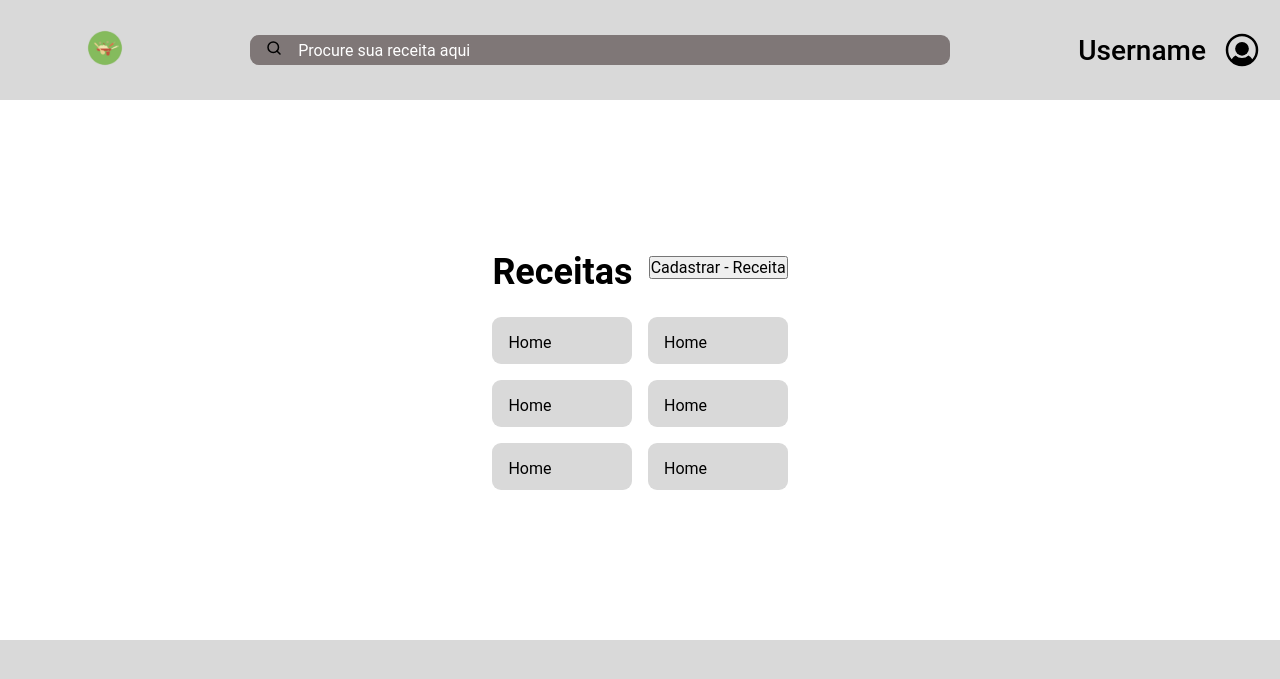
Repository: GabrielEduardoBrambilla/receitas-online
Page: /
The author's editor kept a copy of each file at every save. The page is drawn from the files as they stood at one save, then again after the next save.
The browser window is 1280 px wide. The pictures show the whole page.
The project was rebuilt for these pictures with package versions that can differ from the ones it lists, and the page was loaded fresh each time. Also part of the build but not shown: vite.config.js.

Above is the page before, as saved 2024-04-15 21:15:43.

### src/pages/Home/index.jsx
import React from 'react'
import { Container, TitleWrapper, CardWrapper } from './styles'
import { Navbar } from '../../components/Navbar'
import { RecipeCard } from '../../components/RecipeCard'
import { RecipeRegisterModal } from '../../components/RecipeRegisterModal'

export function Home() {
  return <Container>
    <Navbar />
    <main>
      <TitleWrapper>
        <h2>Receitas</h2>
        <RecipeRegisterModal buttonText="Cadastrar - Receita"/>
      </TitleWrapper>

      <CardWrapper>
        <RecipeCard />
        <RecipeCard />
        <RecipeCard />
        <RecipeCard />
        <RecipeCard />
        <RecipeCard />
      </CardWrapper>
    </main>

    <footer></footer>
  </Container>
}

### src/styles/global.js
import { createGlobalStyle } from 'styled-components'

export const GlobalStyle = createGlobalStyle`
  * {
    margin: 0;
    padding: 0;
    box-sizing: border-box;
  }

  :focus {
    outline: none;
  }

  body {
    -webkit-font-smoothing: antialiased;
  }

  body, input, textarea, button {
    font-family: 'Roboto', sans-serif;
    font-weight: 400;
    font-size: 1rem;
  }
`

### src/pages/Home/styles.js
import styled from 'styled-components'

export const Container = styled.div`
  display: flex;
  justify-content: space-between;
  flex-direction: column;
  min-height: 100vh;

  > main {
    display: flex;
    flex-direction: column;
    gap: 24px;
    justify-content: center;
    align-items: c;
    /* min-height: 80vh; */
    max-width: 1000px;
    margin: auto;
  }

  > footer {
    height: 80px;
    width: 100%;
    background-color: #d9d9d9;
  }
`
export const TitleWrapper = styled.div`
  display: flex;
  gap: 16px;

  font-size: 24px;
  font-weight: bold;

  > button {
    font-size: 16px;
    line-height: 0%;
    font-weight: bold;
    color: white;
    background-color: #85bb5d;
    border-radius: 9px;
    border: none;
    padding: 5px 34px;
  }
`
export const CardWrapper = styled.div`
  display: grid;
  grid-template-columns: 1fr 1fr;
  gap: 16px;
`

### src/components/Navbar/index.jsx
import {
  Container, LogoContainer,
  SearchForm,
  UserWrapper
} from './styles'
import Logo from '../../assets/Logo.svg'
import { UserCircle, MagnifyingGlass, Heart } from 'phosphor-react'

export function Navbar() {
  return (
    <Container>

      <LogoContainer>
        <img src={Logo} alt="" />
      </LogoContainer>


      <SearchForm>
        <label htmlFor="search">
          <MagnifyingGlass size={16} weight="bold" />
        </label>
        <input type="text" id='search' placeholder='Procure sua receita aqui' />
      </SearchForm>


      <UserWrapper>
        <p>Username</p>
        <UserCircle size={40} weight="fill" />

      </UserWrapper>


    </Container>
  )
}

### src/components/RecipeCard/index.js
import React from 'react'
import { Container } from './styles'

export function RecipeCard() {
  return <Container>Home</Container>
}

### src/components/RecipeRegisterModal/index.jsx
import React from 'react'
import { Container } from './styles'
import Modal from 'react-modal'
import { DefaultModal } from '../DefaultModal'

export function RecipeRegisterModal({buttonText}) {
  return <DefaultModal buttonText={buttonText}>

  </DefaultModal>
}

### src/components/Navbar/styles.js
import styled from 'styled-components'

export const Container = styled.div`
  display: flex;
  flex: 1;
  justify-content: space-between;
  align-items: center;

  background-color: #d9d9d9;
  max-height: 100px;

  padding: 0px 10px 0px 80px;
`
export const LogoContainer = styled.div`
  > img {
    width: 50px;
    height: 50px;
    object-fit: cover;
  }
`
export const SearchForm = styled.form`
  display: flex;
  gap: 16px;
  align-items: center;
  width: 700px;
  height: 30px;
  background-color: #7f7777;
  border-radius: 9px;
  padding: 6px 16px;

  > input {
    background-color: #7f7777;
    border: none;
    color: white;

    &::placeholder {
      color: white;
    }
  }
`
export const UserWrapper = styled.div`
  display: flex;
  gap: 16px;
  align-items: center;
  padding: 8px;
  border-radius: 6px;

  > p {
    font-size: 28px;
    font-weight: 500;
  }
`

### src/components/RecipeCard/styles.js
import styled from 'styled-components'
export const Container = styled.div`
  background-color: #d9d9d9;
  padding: 16px 12px 12px 16px;
  border-radius: 9px;
  width: 100%;
  max-width: 555px;

  > h3 {
    font-size: 22px;
    margin-bottom: 6px;
  }
  > p {
    font-size: 16px;
    font-weight: normal;
  }
`

### src/components/RecipeRegisterModal/styles.js
import styled from 'styled-components'
export const Container = styled.div``

### src/components/DefaultModal/index.jsx
import React from 'react'
import { Container } from './styles'
import Modal from 'react-modal'

export function DefaultModal({buttonText}) {
  const [modalIsOpen, setIsOpen] = React.useState(false);

  function openModal() {
    setIsOpen(true);
  }

  function closeModal() {
    setIsOpen(false);
  }

  return <Container>
      <button onClick={openModal}>{buttonText}</button>
      <Modal
        isOpen={modalIsOpen}
        onRequestClose={closeModal}
      >
        <button onClick={closeModal}>close</button>
      </Modal>
  </Container>
}

### src/components/DefaultModal/styles.js
import styled from 'styled-components'
export const Container = styled.div``

Loaded but not shown: index.html (common file); src/main.jsx (common file); src/App.jsx (common file)

After the next save:
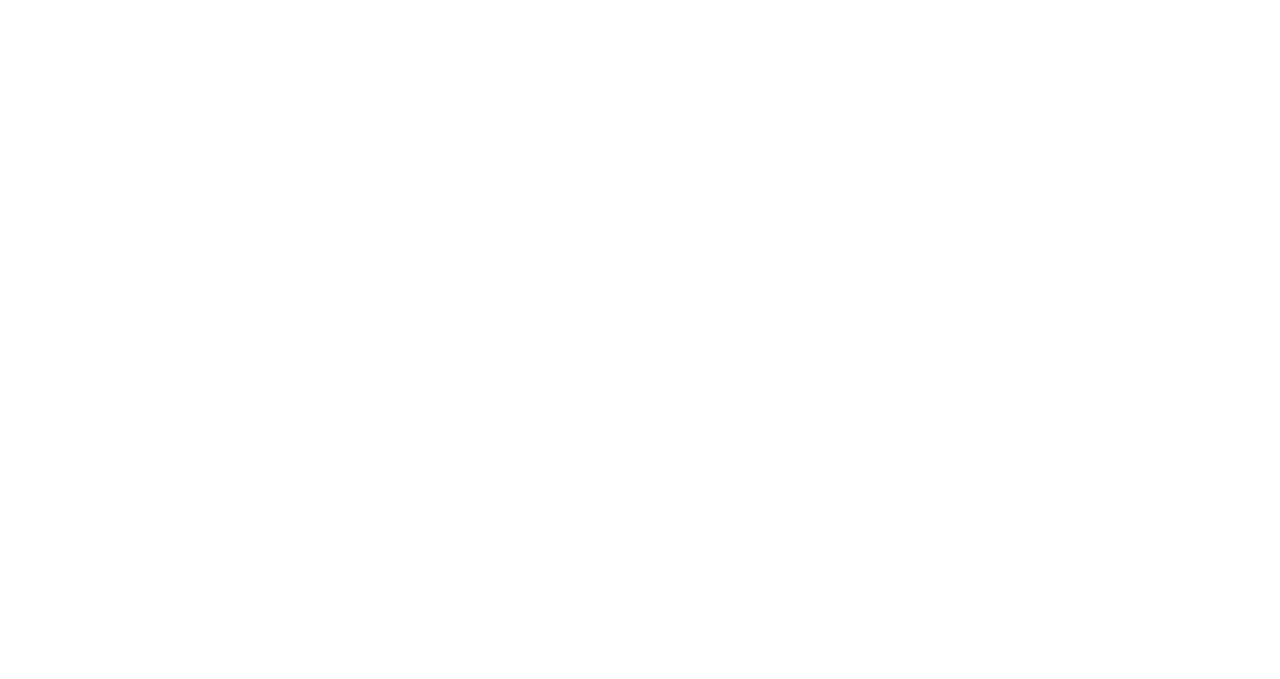
Console error: ReferenceError: children is not defined
Saved 31 s later.
--- a/src/components/DefaultModal/index.jsx
+++ b/src/components/DefaultModal/index.jsx
@@ -19,6 +19,7 @@ export function DefaultModal({buttonText}) {
         isOpen={modalIsOpen}
         onRequestClose={closeModal}
       >
+        {children}
         <button onClick={closeModal}>close</button>
       </Modal>
   </Container>

After the save that followed:
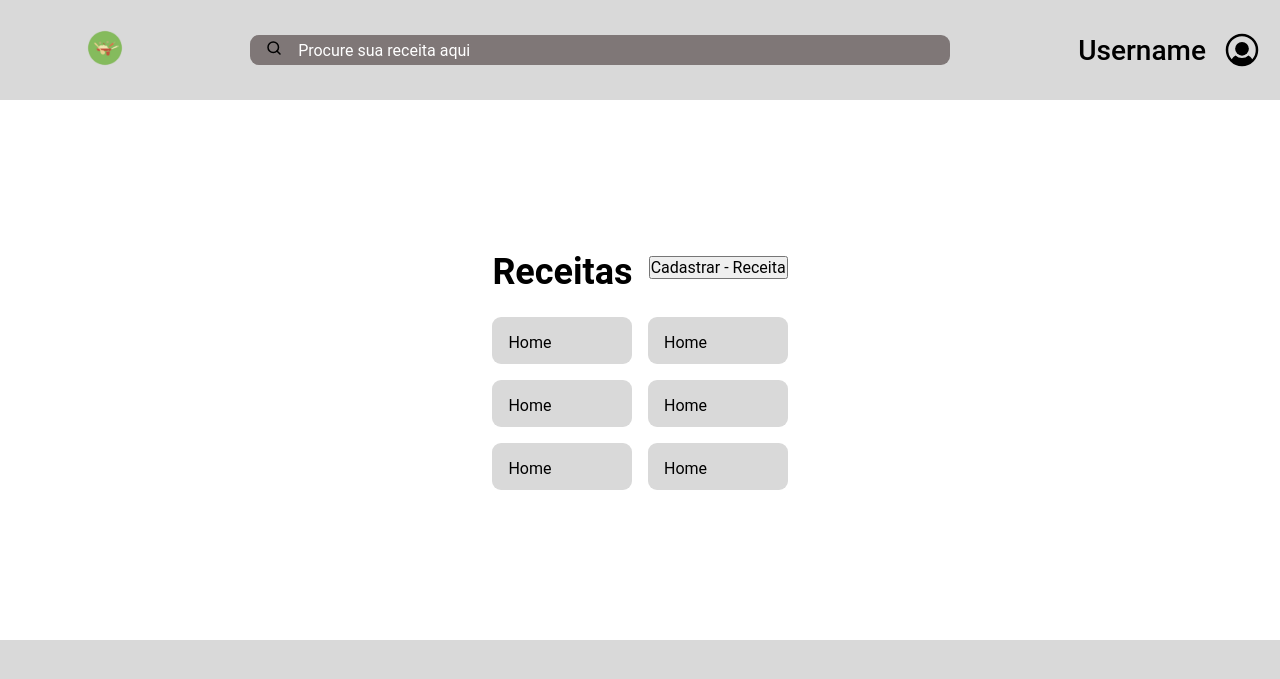
The error is gone.
Saved 9 s later.
--- a/src/components/DefaultModal/index.jsx
+++ b/src/components/DefaultModal/index.jsx
@@ -2,7 +2,7 @@ import React from 'react'
 import { Container } from './styles'
 import Modal from 'react-modal'
 
-export function DefaultModal({buttonText}) {
+export function DefaultModal({buttonText, children}) {
   const [modalIsOpen, setIsOpen] = React.useState(false);
 
   function openModal() {
